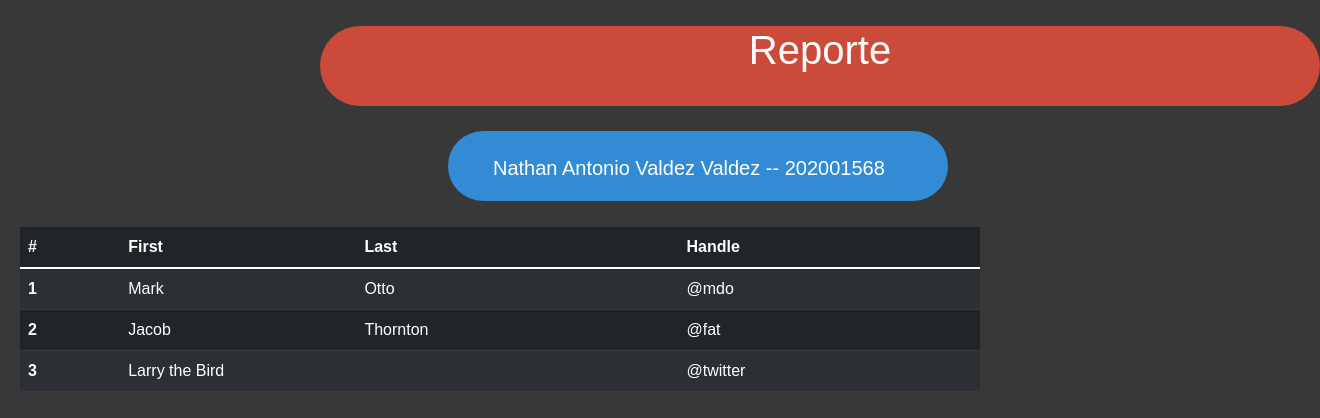
Repository: nathanvdev/LFP_PR_202001568
Page: plantilla.html
The author's editor kept a copy of each file at every save. The page is drawn from the files as they stood at one save, then again after a run of saves.
The browser window is 1280 px wide. The page is 1320 px wide, so the pictures cover 1320 px, including what lies to the right of the window. The pictures show the whole page.

Above is the page before, as saved 2022-02-19 19:02:57.

### plantilla.html

<!DOCTYPE html>
<html lang="en">
<head>
    <meta charset="UTF-8">
    <meta http-equiv="X-UA-Compatible" content="IE=edge">
    <meta name="viewport" content="width=device-width, initial-scale=1.0">
    <link href="https://cdn.jsdelivr.net/npm/bootstrap@5.1.3/dist/css/bootstrap.min.css" rel="stylesheet" integrity="sha384-1BmE4kWBq78iYhFldvKuhfTAU6auU8tT94WrHftjDbrCEXSU1oBoqyl2QvZ6jIW3" crossorigin="anonymous">
    <title>Document</title>
</head>
<style>
    body{
        font-family: sans-serif;
    }
    .titlebox{
        background-color: rgb(204, 74, 57);
        height: 80px;
        width: 1000px;
        margin: 2%;
        margin-left: 25%;
        border-radius: 45px;


        display: flex;
        justify-content: center;
    }
    .PersonalInfo{
        background-color: rgb(50, 139, 212);
        height: 70px;
        width: 500px;
        margin: 2%;
        margin-top: 0px;
        margin-left: 35%;
        border-radius: 45px;

    }
    .tabla{
        width: 75%;
        height: auto;
        margin: 20px;
    }
</style>
<body style="background-color: rgb(56, 56, 56);">
    <div class="titlebox">
        <h1 style="color: white;">Reporte</h1>
    </div>
    <div class="PersonalInfo">
        <h3 style="color: white;
        margin: 5%; float: left; font-size: 20px; padding-left: 20px;">
            Nathan Antonio Valdez Valdez  --  202001568
        </h3>
    </div>

    <div class="tabla">
    <table class="table table-dark table-striped">
        <thead>
          <tr>
            <th scope="col">#</th>
            <th scope="col">First</th>
            <th scope="col">Last</th>
            <th scope="col">Handle</th>
          </tr>
        </thead>
        <tbody>
          <tr>
            <th scope="row">1</th>
            <td>Mark</td>
            <td>Otto</td>
            <td>@mdo</td>
          </tr>
          <tr>
            <th scope="row">2</th>
            <td>Jacob</td>
            <td>Thornton</td>
            <td>@fat</td>
          </tr>
          <tr>
            <th scope="row">3</th>
            <td colspan="2">Larry the Bird</td>
            <td>@twitter</td>
          </tr>
        </tbody>
      </table>
    </div>
</body>
</html>

After the next 3 saves:
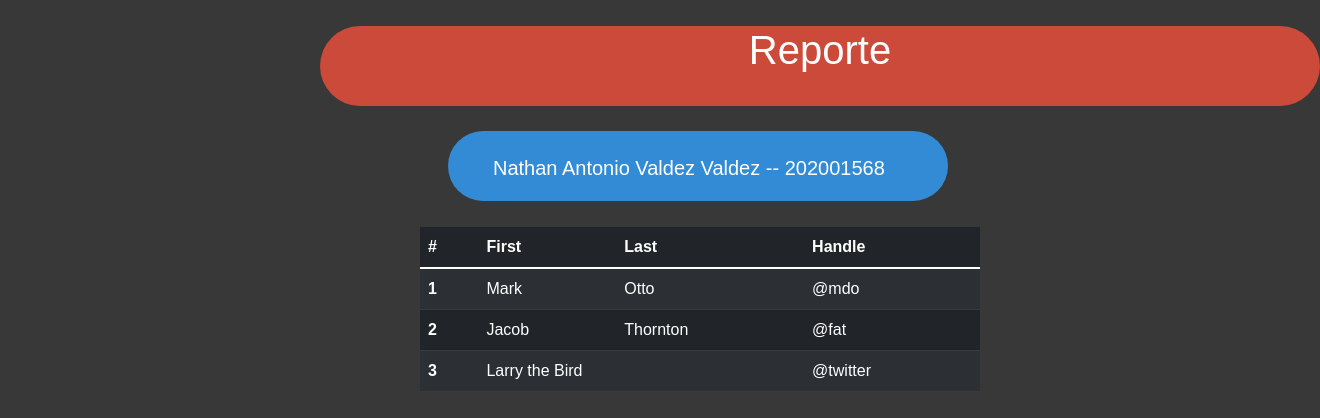
The 3 saves are shown as one change because they came seconds apart.
The last was saved 14 s later.
--- a/plantilla.html
+++ b/plantilla.html
@@ -38,6 +38,7 @@
         width: 75%;
         height: auto;
         margin: 20px;
+        padding-left: 400px;
     }
 </style>
 <body style="background-color: rgb(56, 56, 56);">
